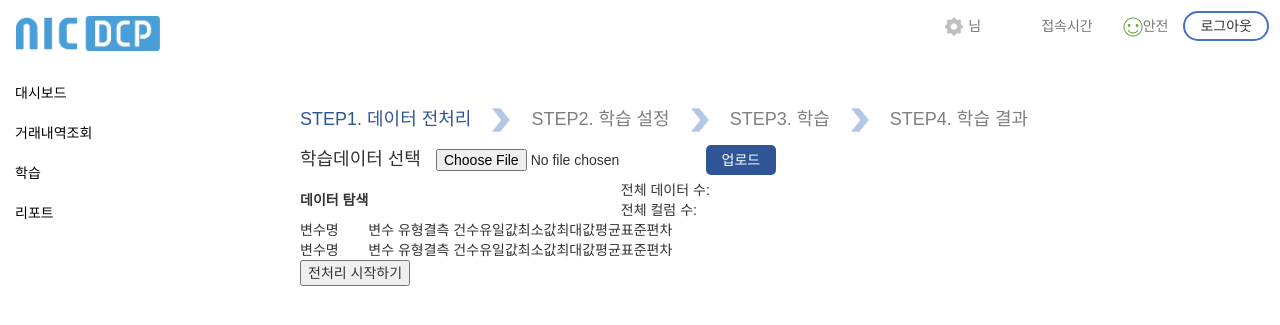
Repository: zzyeah0/project01
Page: http://localhost/nicdcp_frontend/step1.jsp
The author's editor kept a copy of each file at every save. The page is drawn from the files as they stood at one save, then again after the next save.
The browser window is 1280 px wide. The pictures show the whole page.
Some web fonts or font styles are not loaded; a fallback is used. The page is served by Tomcat 9. The template is opened directly, without the code that normally fills it, so the values that code supplies are empty.

Above is the page before, as saved 2021-05-24 09:16:24.

After the next save:
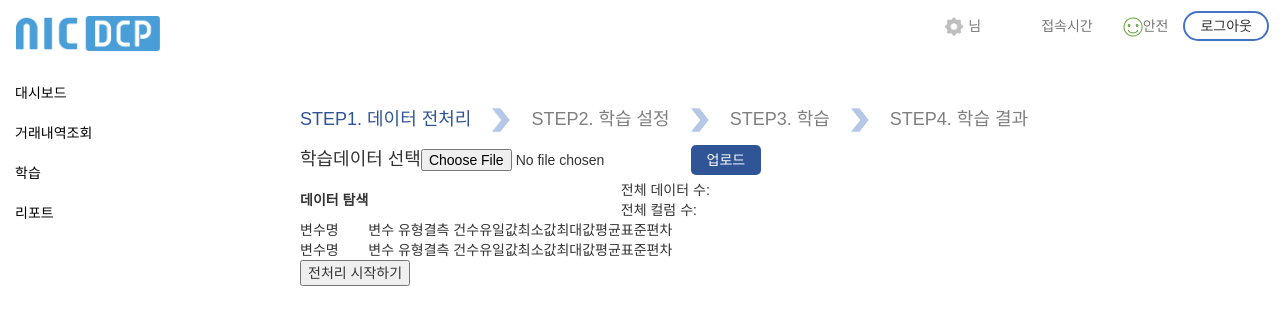
Saved 12 s later.
--- a/nicdcp_frontend/src/main/webapp/step1.jsp
+++ b/nicdcp_frontend/src/main/webapp/step1.jsp
@@ -39,7 +39,7 @@
 		<form action="<%= application.getContextPath() %>/dataUpload.do" method="post" enctype="multipart/form-data">
 		<table>
 			<tr>
-				<th><h4>학습데이터 선택&nbsp;&nbsp;&nbsp;</h4></th>
+				<th><h4>학습데이터 선택</h4></th>
 				<td colspan="7">
 					<input type="file" name="file"/>
 				</td>
